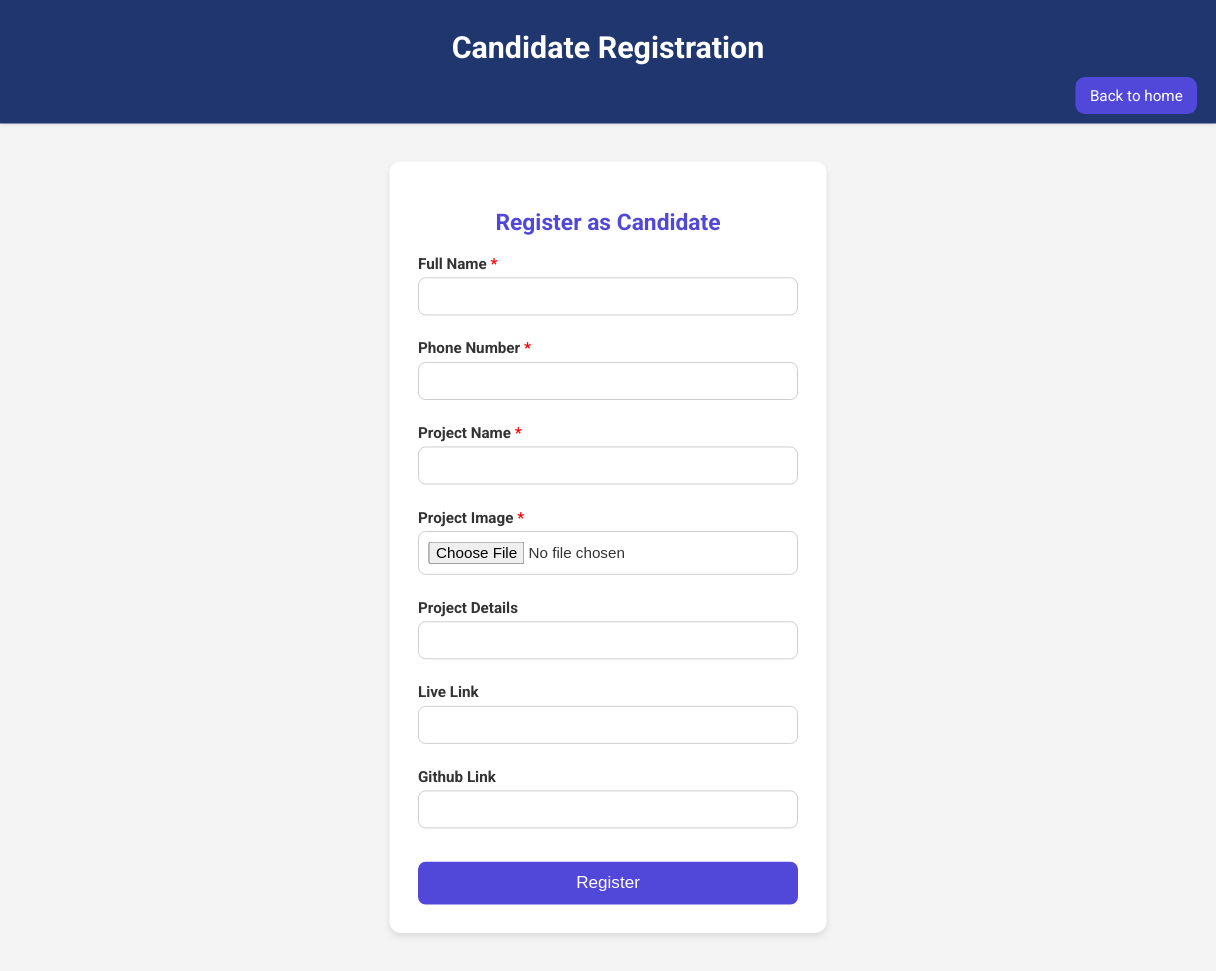
Repository: Pritom0701/voting_app
Page: /candidate-registration
An editor plug-in stored every save of this project. The page is shown before and after the next save, followed by the edit.
The browser window is 1280 px wide. The pictures show the whole page, at 95% of full size.
The project was rebuilt for these pictures with package versions that can differ from the ones it lists, and the page was loaded fresh each time. Also part of the build but not shown: vite.config.js, src/index.css, src/Pages/Home.jsx, src/Pages/Result.jsx, src/Pages/Registration_voter.jsx.

Above is the page before, as saved 2025-04-28 22:53:12.

After the next save:
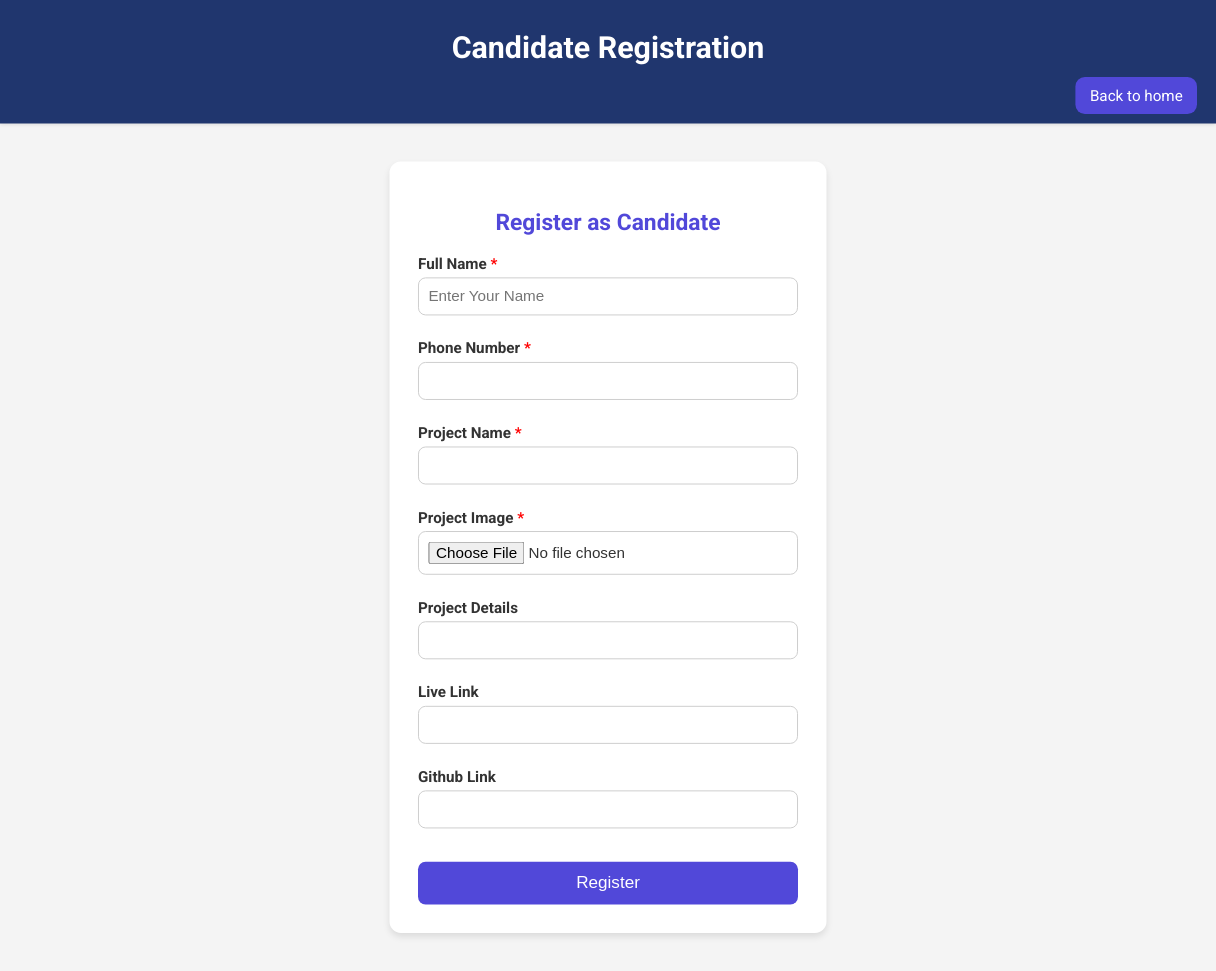
Saved 88 s later.
--- a/src/Pages/Registration_candidate.jsx
+++ b/src/Pages/Registration_candidate.jsx
@@ -70,10 +70,10 @@
                     <h2>Register as Candidate</h2>
 
                     <label htmlFor="fullname">Full Name <span>*</span></label>
-                    <input type="text" id="fullname" required name="name" value={formData.name} onChange={handleChange} />
+                    <input type="text" id="fullname" required name="name" value={formData.name} onChange={handleChange} placeholder='Enter Your Name'/>
 
                     <label htmlFor="phone">Phone Number <span>*</span></label>
-                    <input type="tel" id="phone" required name="phone" value={formData.phone} onChange={handleChange} />
+                    <input type="number" id="phone" required name="phone" value={formData.phone} onChange={handleChange} />
 
                     <label htmlFor="project-name">Project Name <span>*</span></label>
                     <input type="text" id="project-name" required name="pName" value={formData.pName} onChange={handleChange} />
